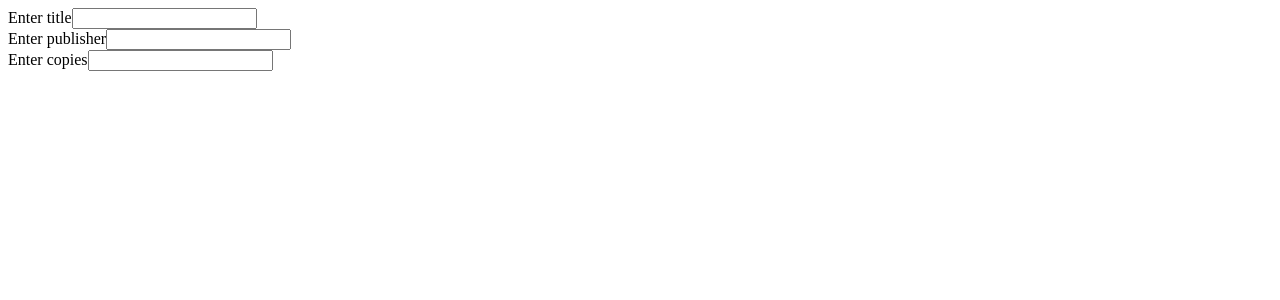
Repository: prashantvadlamani/Library-Management-System
Page: http://localhost/myweb/edit.jsp
These files come from the project's save history. The page is drawn as it stood at one moment and after the next save; the edit follows.
The browser window is 1280 px wide. The pictures show the whole page.
The page is served by Tomcat 9.

Above is the page before, as saved 2018-08-16 09:54:36.

After the next save:
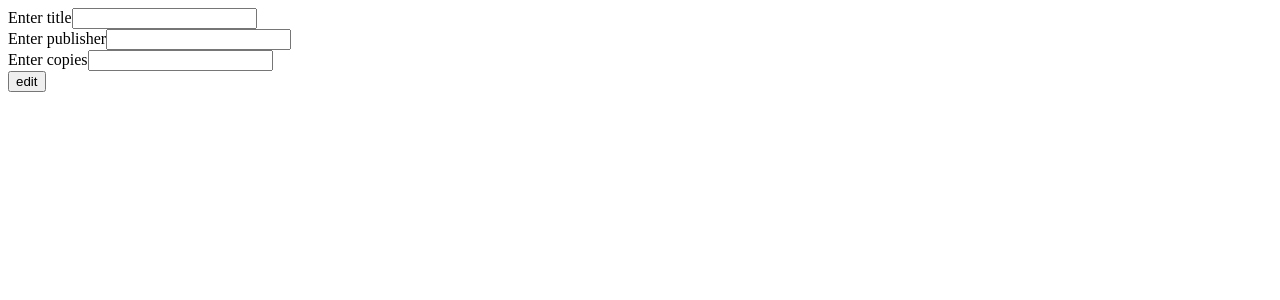
Saved 25 s later.
--- a/myweb/WebContent/edit.jsp
+++ b/myweb/WebContent/edit.jsp
@@ -11,6 +11,7 @@
 		Enter title<input type="text"><br>
 		Enter publisher<input type="text"><br>
 		Enter copies<input type="text"><br>
+		<input type="submit" value="edit">
 	</form>
 </body>
 </html>
